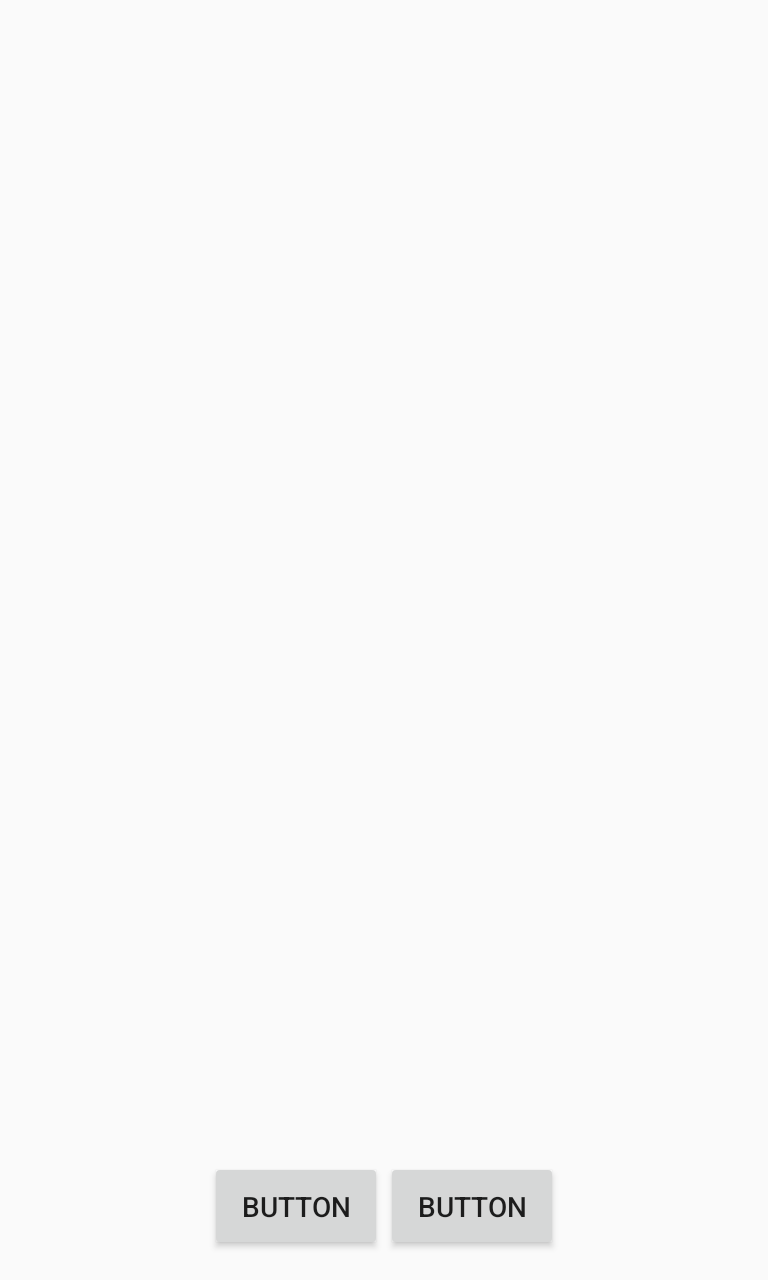
Repository: TeamZhao/Assignment-Tracker
Layout: AssignmentTracker/res/layout/activity_delete_semester_confirmation.xml
The author's editor kept a copy of each file at every save. The layout is drawn from the files as they stood at one save, then again after the next save.
It is drawn on a 768 x 1280 px phone screen (xhdpi) without system bars, with theme AppTheme; the app's code is not run. The app's manifest (not shown) leaves right-to-left support off. So textAlignment, textDirection and layoutDirection are ignored, and left and right values win over start and end ones.

Above is the layout before, as saved 2014-11-14 19:49:05.

### AssignmentTracker/res/layout/activity_delete_semester_confirmation.xml
<TableLayout xmlns:android="http://schemas.android.com/apk/res/android"
    xmlns:tools="http://schemas.android.com/tools"
    android:layout_width="match_parent"
    android:layout_height="match_parent"
    android:layout_alignLeft="@+id/textView_DisplaySemContents"
    android:layout_below="@+id/textView_DisplaySemContents"

    tools:context="com.example.assignmenttracker.DeleteSemesterConfirmationActivity" >

    <TableRow
        android:id="@+id/tableRow1"
        android:layout_width="wrap_content"
        android:layout_height="wrap_content"
        android:layout_weight="1" >

        <TextView
            android:id="@+id/textView_DisplaySemTitle"
            android:layout_width="wrap_content"
            android:layout_height="wrap_content"
            android:layout_alignParentLeft="true"
            android:layout_alignParentTop="true"
            android:scrollbarAlwaysDrawVerticalTrack="true"
            android:scrollbarStyle="insideOverlay"
            android:scrollbars="vertical"
            android:text="" />
    </TableRow>

    <TableRow
        android:id="@+id/tableRow2"
        android:layout_width="wrap_content"
        android:layout_height="wrap_content"
        android:layout_weight="20" >

        <TextView
            android:id="@+id/textView_DisplaySemContents"
            android:layout_width="wrap_content"
            android:layout_height="wrap_content"
            android:layout_alignParentLeft="true"
            android:layout_alignParentTop="true"
            android:scrollbarAlwaysDrawVerticalTrack="true"
            android:scrollbarStyle="insideOverlay"
            android:scrollbars="vertical"
            android:text="" />
    </TableRow>

    <TableRow
        android:id="@+id/tableRow3"
        android:layout_width="wrap_content"
        android:layout_height="wrap_content"
        android:layout_weight="1"
        android:gravity="center"
        android:textAlignment="center" >

        <Button
            android:id="@+id/button1"
            android:layout_width="wrap_content"
            android:layout_height="wrap_content"
            android:text="Button" />

        <Button
            android:id="@+id/button2"
            android:layout_width="wrap_content"
            android:layout_height="wrap_content"
            android:text="Button" />

    </TableRow>

</TableLayout>

Loaded but not shown: AssignmentTracker/res/values/styles.xml (common file); AssignmentTracker/res/values-v11/styles.xml (common file); AssignmentTracker/res/values-v14/styles.xml (common file)

After the next save:
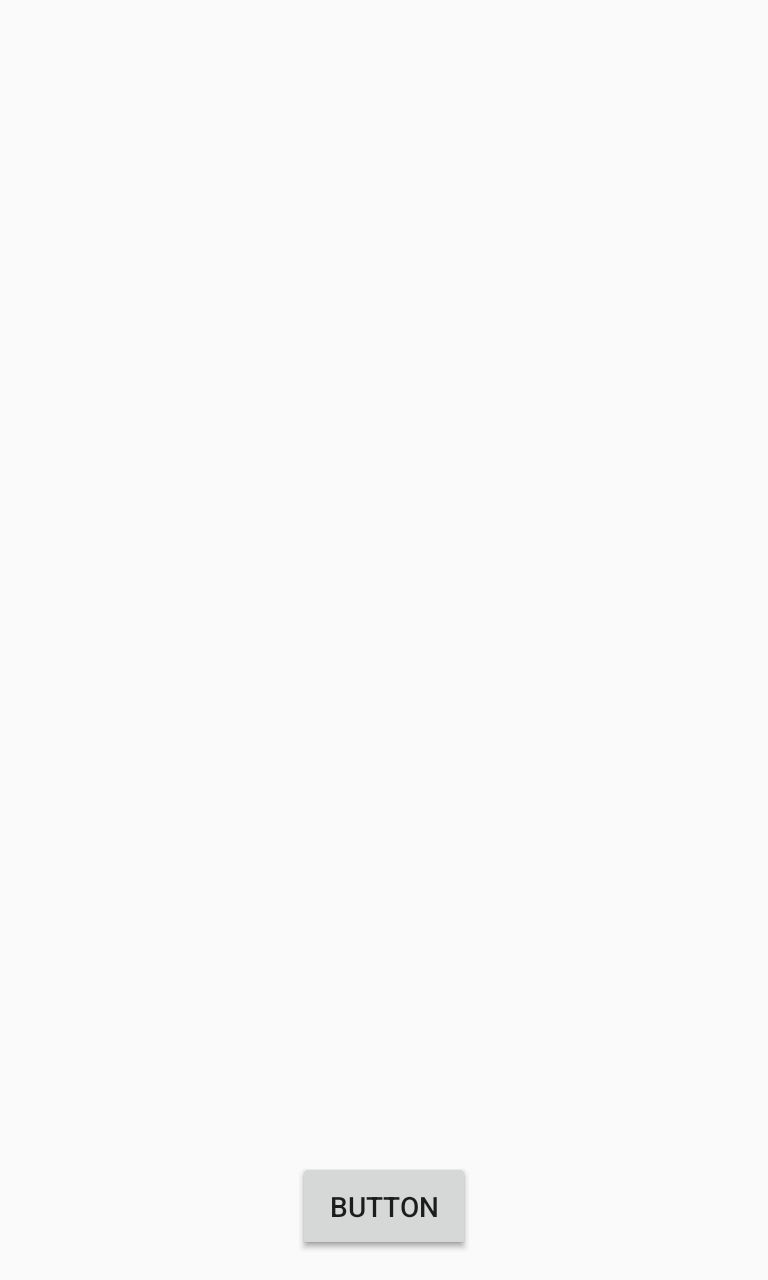
Saved 18 min 51 s later.
--- a/AssignmentTracker/res/layout/activity_delete_semester_confirmation.xml
+++ b/AssignmentTracker/res/layout/activity_delete_semester_confirmation.xml
@@ -51,17 +51,22 @@
         android:gravity="center"
         android:textAlignment="center" >
 
-        <Button
+        <RelativeLayout
+            android:layout_width="wrap_content"
+            android:layout_height="wrap_content" >
+            <Button
             android:id="@+id/button1"
             android:layout_width="wrap_content"
             android:layout_height="wrap_content"
             android:text="Button" />
-
-        <Button
+            <Button
             android:id="@+id/button2"
             android:layout_width="wrap_content"
             android:layout_height="wrap_content"
             android:text="Button" />
+        </RelativeLayout>
+
+
 
     </TableRow>
 
